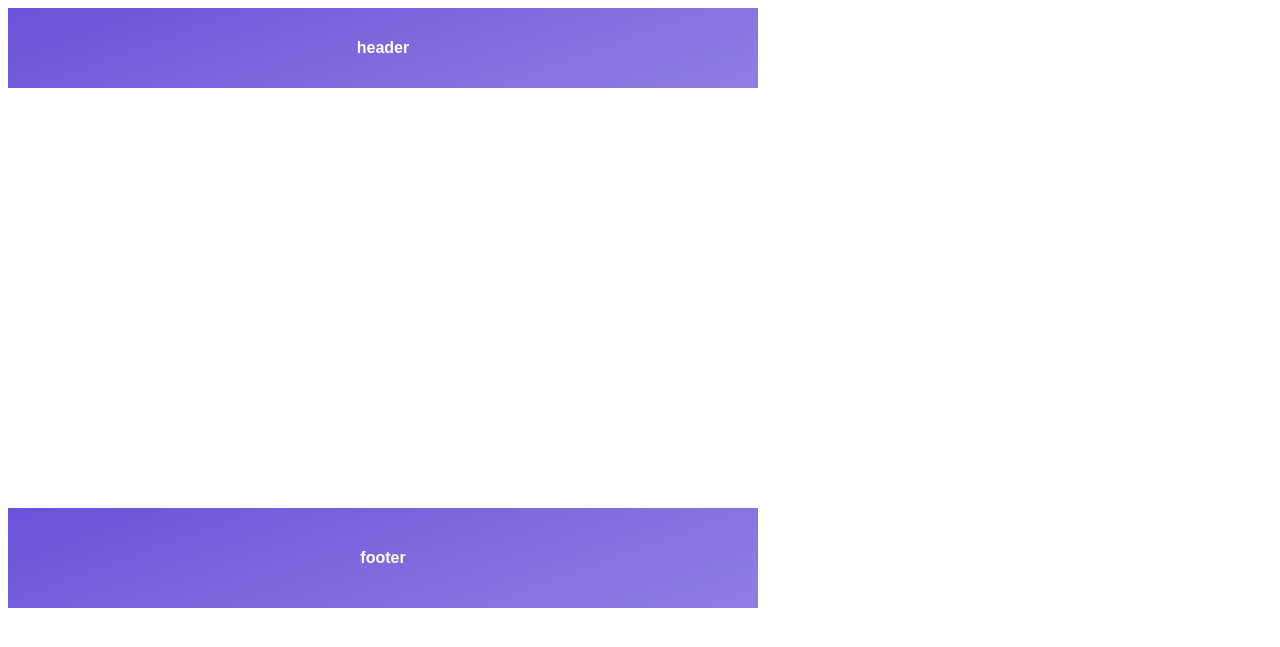
Repository: mariocapitbrok/css-grid
Page: 2_basicLayout/index.html
The author's editor kept a copy of each file at every save. The page is drawn from the files as they stood at one save, then again after the next save.
The browser window is 1280 px wide. The pictures show the whole page.

Above is the page before, as saved 2022-12-30 14:18:25.

### 2_basicLayout/index.html
<!DOCTYPE html>
<html lang="en">
<head>
  <meta charset="UTF-8">
  <meta http-equiv="X-UA-Compatible" content="IE=edge">
  <meta name="viewport" content="width=device-width, initial-scale=1.0">
  <link rel="stylesheet" href="styles.css">
  <title>Grid and Flexbox</title>
</head>
<body>
  <div class="container">
    <div class="header">header</div>
    <div class="sidebar">sidebar</div>
    <div class="content-1">Content-1</div>
    <div class="content-2">Content-2</div>
    <div class="content-3">Content-3</div>
    <div class="footer">footer</div>
  </div>
</body>
</html>

### 2_basicLayout/styles.css
body {
  color: white;
  font-weight: bold;
  font-family: Arial;
}

.container {
  display: grid;
  width:750px;
  height: 600px;
  grid-template-columns: 200px 1fr 1fr;
  grid-template-rows: 80px 1fr 1fr 100px;
  grid-gap: 1rem;
}

.header {
  grid-column: 1 / 4;
  grid-row: 1 / 2;
  display: flex;
  justify-content: center;
  align-items: center;
  background-color: #1eaafc;
  background-image: linear-gradient(160deg,#6c52d9,#9b8ae6 127%);
}

.sidebar {
  grid-column: 1 / 2;
  grid-row: 2 / 4;
}

.content-1 {
  grid-column: 2 / 4;
  grid-row: 2 / 3;
}

.content-2 {
  grid-column: 2 / 3;
  grid-row: 3 / 4;
}

.content-3 {
  grid-column: 3 / 4;
  grid-row: 3 / 4;
}

.footer {
  grid-column: 1 / 4;
  grid-row: 4 / 5;
  display: flex;
  justify-content: center;
  align-items: center;
  background-color: #1eaafc;
  background-image: linear-gradient(160deg,#6c52d9,#9b8ae6 127%);
}

After the next save:
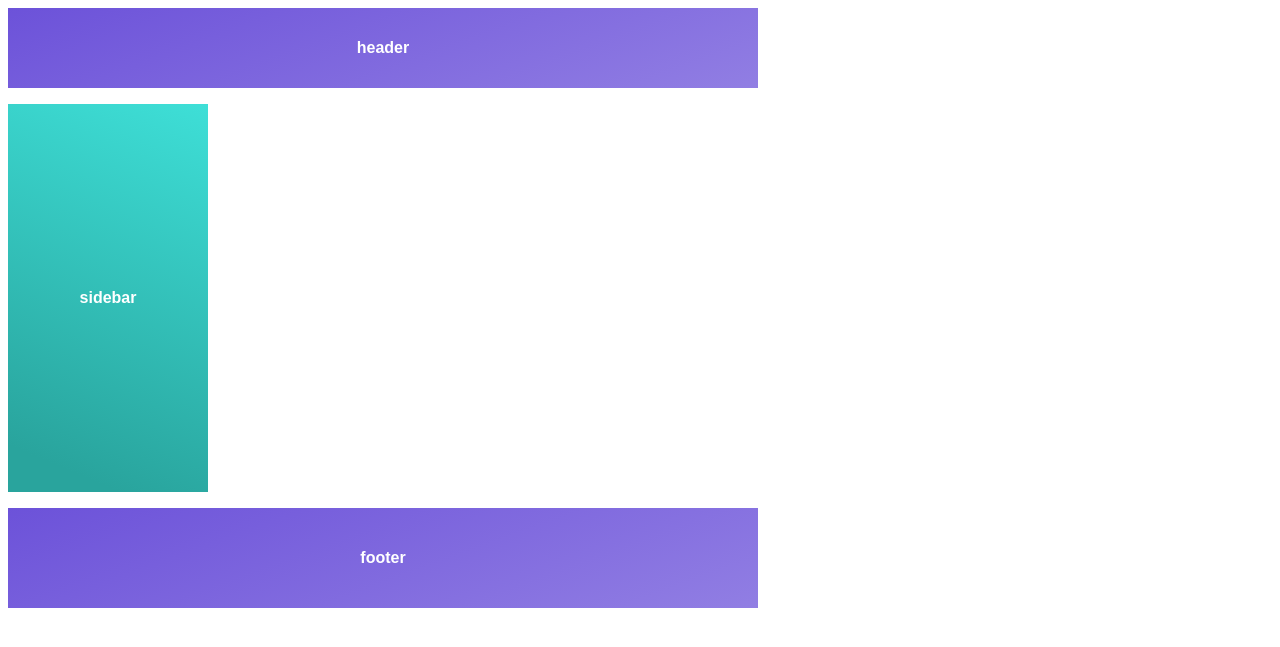
Saved 13 s later.
--- a/2_basicLayout/styles.css
+++ b/2_basicLayout/styles.css
@@ -26,6 +26,10 @@ body {
 .sidebar {
   grid-column: 1 / 2;
   grid-row: 2 / 4;
+  display: flex;
+  justify-content: center;
+  align-items: center;
+  background-image: linear-gradient(203deg,#3edfd7,#29a49d 90%);
 }
 
 .content-1 {
